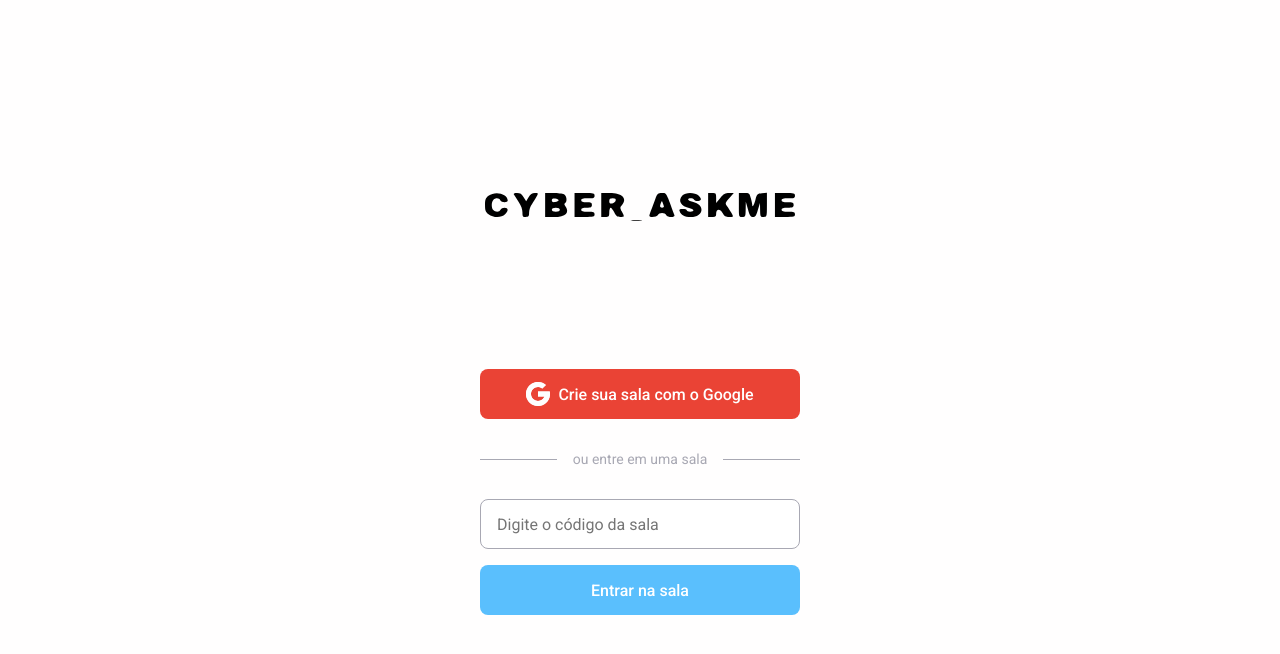
Repository: DevSecOpsRodrigo/cyberx
Page: /
These files come from the project's save history. The page is drawn as it stood at one moment and after the next save; the edit follows.
The browser window is 1280 px wide. The pictures show the whole page.
The project was rebuilt for these pictures with package versions that can differ from the ones it lists, and the page was loaded fresh each time. Also part of the build but not shown: src/pages/NewRoom.tsx, src/components/Question/styles.scss, src/components/Question/index.tsx, src/styles/room-code.scss, src/components/RoomCode.tsx, src/hooks/useRoom.ts, src/styles/room.scss, src/pages/Room.tsx and 1 more.

Above is the page before, as saved 2021-07-19 05:03:58.

After the next save:
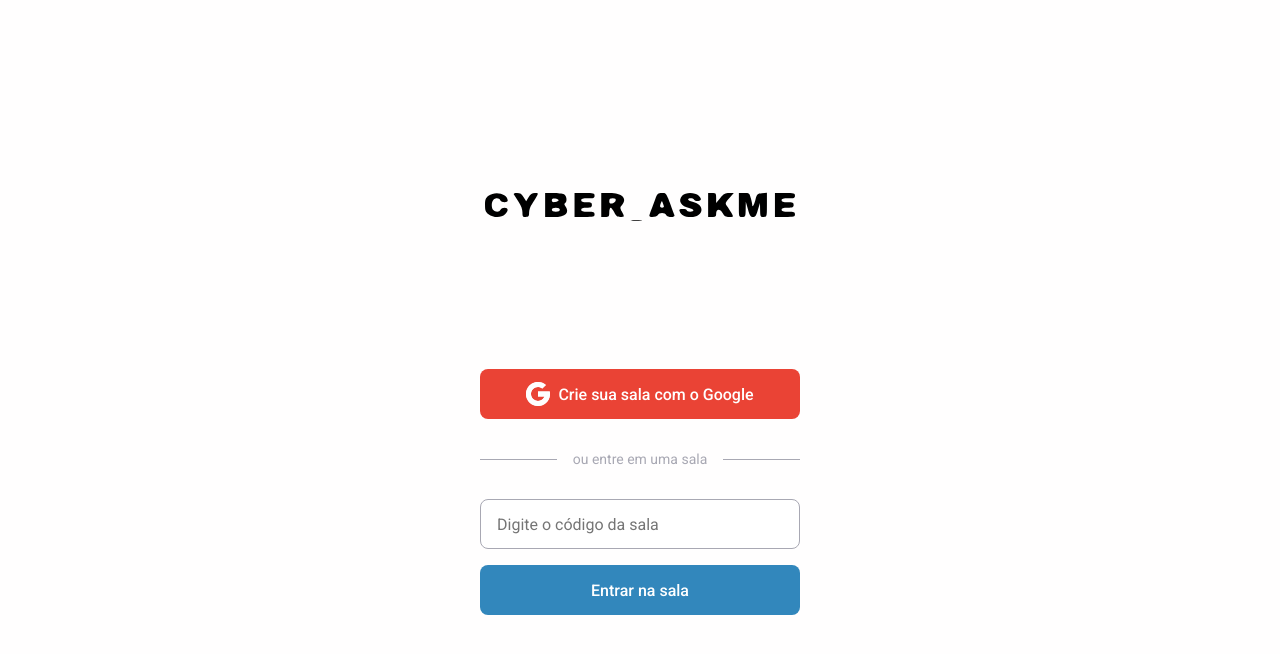
Saved 4 s later.
--- a/src/styles/button.scss
+++ b/src/styles/button.scss
@@ -2,7 +2,7 @@
   height: 50px;
   border-radius: 8px;
   font-weight: 500;
-  background: #5abffd;
+  background: #3287bc;
   color: #FFF;
   padding: 0 32px;
 
